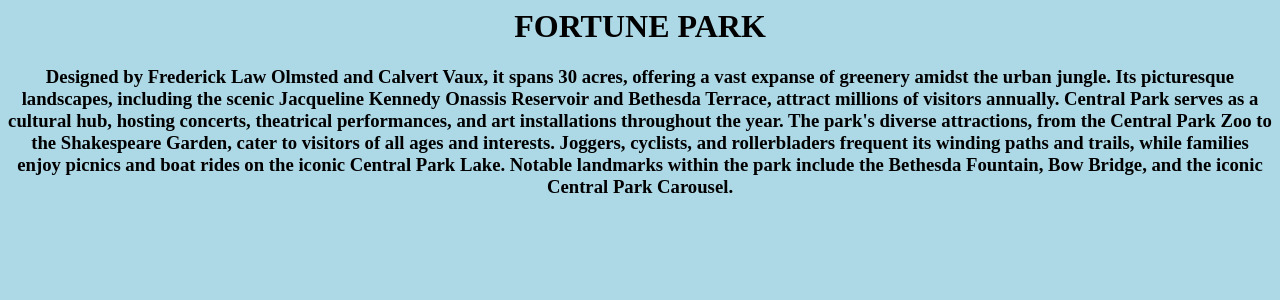
Repository: Oviya24032K6/NearMe
Page: ovi/surveyapp/static/FORTUNE PARK.html
An editor plug-in stored every save of this project. The page is shown before and after the next save, followed by the edit.
The browser window is 1280 px wide. The pictures show the whole page.

Above is the page before, as saved 2024-03-25 22:56:13.

After the next save:
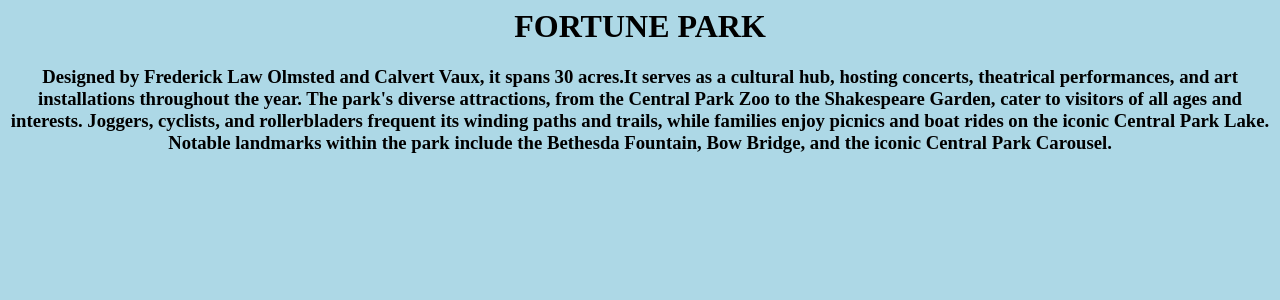
Saved 52 s later.
--- a/ovi/surveyapp/static/FORTUNE PARK.html
+++ b/ovi/surveyapp/static/FORTUNE PARK.html
@@ -6,9 +6,7 @@
 	</head>
 	<body bgcolor="lightblue">
 		<h1 align="center" >FORTUNE PARK</h1>
-        <h3 align="center">Designed by Frederick Law Olmsted and Calvert Vaux, it spans 30 acres, offering a vast expanse of greenery amidst the urban jungle.
-            Its picturesque landscapes, including the scenic Jacqueline Kennedy Onassis Reservoir and Bethesda Terrace, attract millions of visitors annually.
-            Central Park serves as a cultural hub, hosting concerts, theatrical performances, and art installations throughout the year.
+        <h3 align="center">Designed by Frederick Law Olmsted and Calvert Vaux, it spans 30 acres.It serves as a cultural hub, hosting concerts, theatrical performances, and art installations throughout the year.
             The park's diverse attractions, from the Central Park Zoo to the Shakespeare Garden, cater to visitors of all ages and interests.
             Joggers, cyclists, and rollerbladers frequent its winding paths and trails, while families enjoy picnics and boat rides on the iconic Central Park Lake.
             Notable landmarks within the park include the Bethesda Fountain, Bow Bridge, and the iconic Central Park Carousel.
